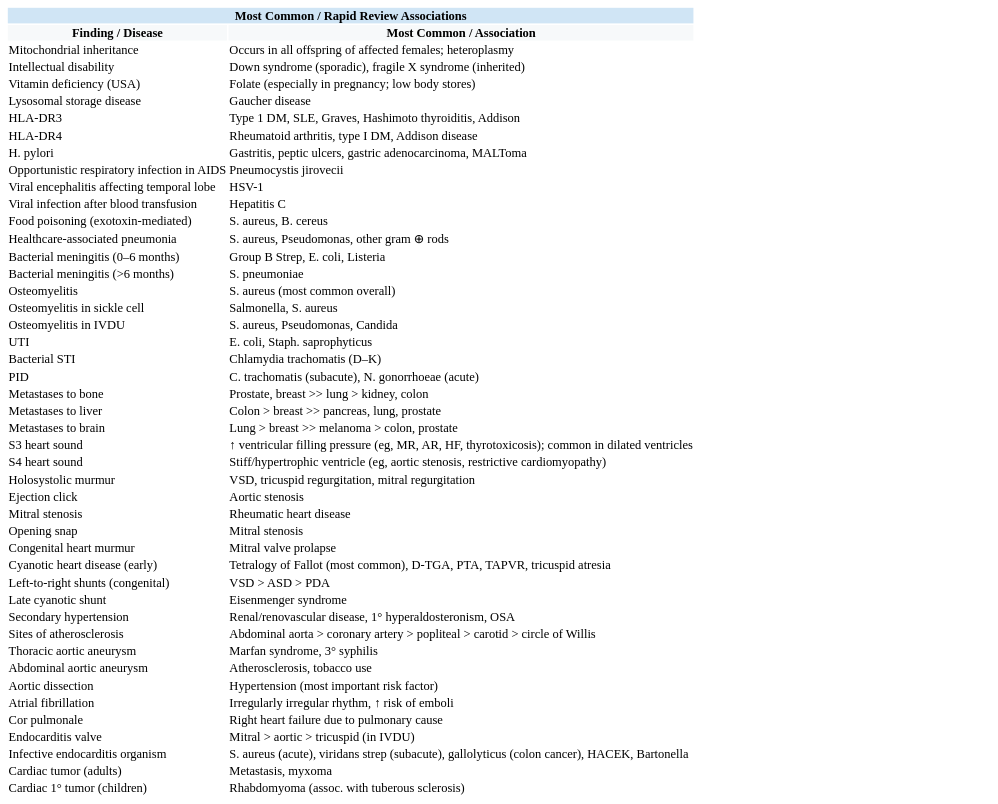
Repository: sharperdragon/STEVEL-1-Summaries
Page: subdex/rapid_review_associations.html
An editor plug-in stored every save of this project. The page is shown before and after the next save, followed by the edit.
The browser window is 1280 px wide. The pictures show the whole page, at 78% of full size.

Above is the page before, as saved 2025-05-20 23:18:39.

After the next save:
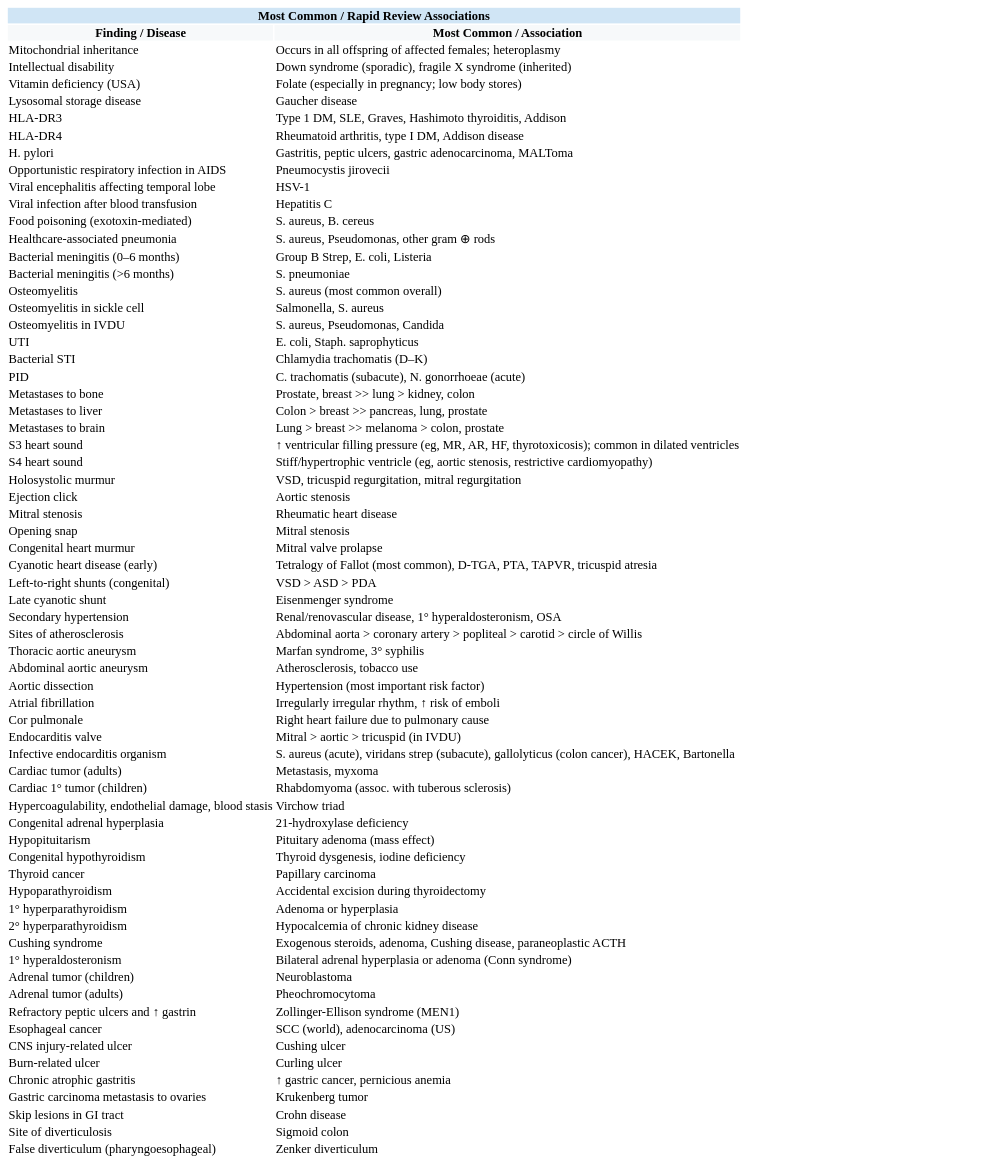
Saved 36 s later.
--- a/subdex/rapid_review_associations.html
+++ b/subdex/rapid_review_associations.html
@@ -188,6 +188,90 @@
         <td>Cardiac 1° tumor (children)</td>
         <td>Rhabdomyoma (assoc. with tuberous sclerosis)</td>
       </tr>
+      <tr>
+        <td>Hypercoagulability, endothelial damage, blood stasis</td>
+        <td>Virchow triad</td>
+      </tr>
+      <tr>
+        <td>Congenital adrenal hyperplasia</td>
+        <td>21-hydroxylase deficiency</td>
+      </tr>
+      <tr>
+        <td>Hypopituitarism</td>
+        <td>Pituitary adenoma (mass effect)</td>
+      </tr>
+      <tr>
+        <td>Congenital hypothyroidism</td>
+        <td>Thyroid dysgenesis, iodine deficiency</td>
+      </tr>
+      <tr>
+        <td>Thyroid cancer</td>
+        <td>Papillary carcinoma</td>
+      </tr>
+      <tr>
+        <td>Hypoparathyroidism</td>
+        <td>Accidental excision during thyroidectomy</td>
+      </tr>
+      <tr>
+        <td>1° hyperparathyroidism</td>
+        <td>Adenoma or hyperplasia</td>
+      </tr>
+      <tr>
+        <td>2° hyperparathyroidism</td>
+        <td>Hypocalcemia of chronic kidney disease</td>
+      </tr>
+      <tr>
+        <td>Cushing syndrome</td>
+        <td>Exogenous steroids, adenoma, Cushing disease, paraneoplastic ACTH</td>
+      </tr>
+      <tr>
+        <td>1° hyperaldosteronism</td>
+        <td>Bilateral adrenal hyperplasia or adenoma (Conn syndrome)</td>
+      </tr>
+      <tr>
+        <td>Adrenal tumor (children)</td>
+        <td>Neuroblastoma</td>
+      </tr>
+      <tr>
+        <td>Adrenal tumor (adults)</td>
+        <td>Pheochromocytoma</td>
+      </tr>
+      <tr>
+        <td>Refractory peptic ulcers and ↑ gastrin</td>
+        <td>Zollinger-Ellison syndrome (MEN1)</td>
+      </tr>
+      <tr>
+        <td>Esophageal cancer</td>
+        <td>SCC (world), adenocarcinoma (US)</td>
+      </tr>
+      <tr>
+        <td>CNS injury-related ulcer</td>
+        <td>Cushing ulcer</td>
+      </tr>
+      <tr>
+        <td>Burn-related ulcer</td>
+        <td>Curling ulcer</td>
+      </tr>
+      <tr>
+        <td>Chronic atrophic gastritis</td>
+        <td>↑ gastric cancer, pernicious anemia</td>
+      </tr>
+      <tr>
+        <td>Gastric carcinoma metastasis to ovaries</td>
+        <td>Krukenberg tumor</td>
+      </tr>
+      <tr>
+        <td>Skip lesions in GI tract</td>
+        <td>Crohn disease</td>
+      </tr>
+      <tr>
+        <td>Site of diverticulosis</td>
+        <td>Sigmoid colon</td>
+      </tr>
+      <tr>
+        <td>False diverticulum (pharyngoesophageal)</td>
+        <td>Zenker diverticulum</td>
+      </tr>
     </tbody>
   </table>
 </div>
